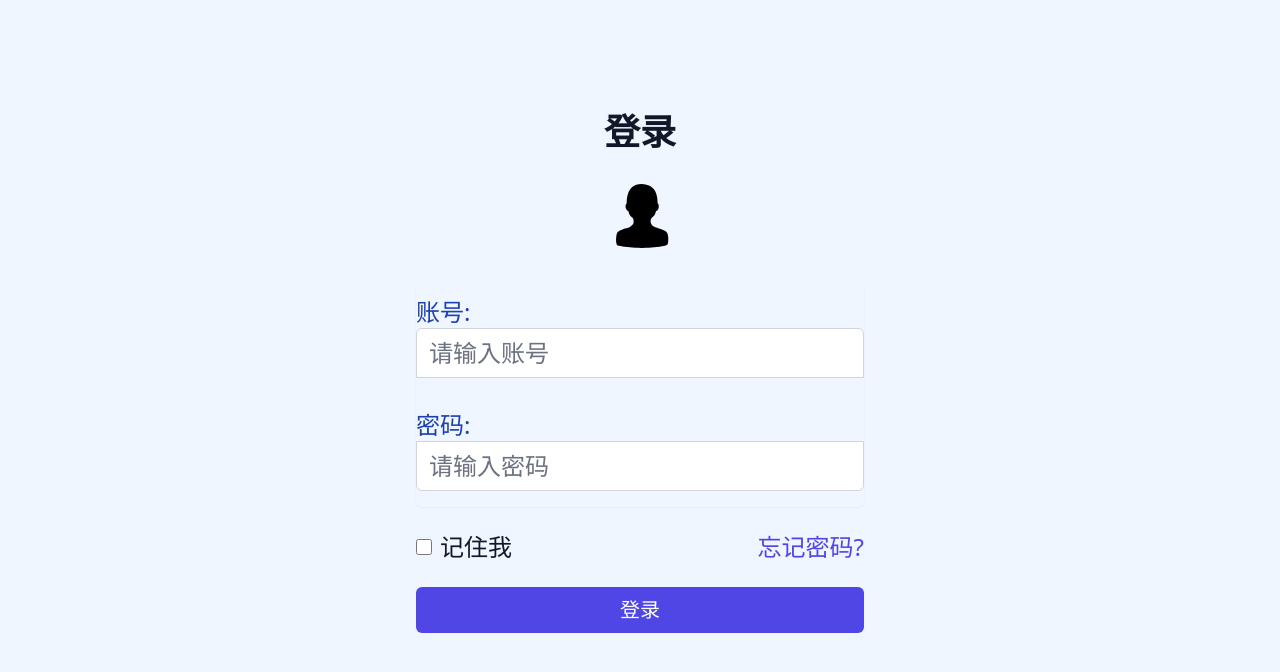
Repository: LiuRuohui/test_the_tailwindcss
Page: /
An editor plug-in stored every save of this project. The page is shown before and after the next save, followed by the edit.
The browser window is 1280 px wide. The pictures show the whole page.
The project was rebuilt for these pictures with package versions that can differ from the ones it lists, and the page was loaded fresh each time. Also part of the build but not shown: vite.config.js, src/components/WelcomingPage.vue, src/components/RegisterPage.vue, src/components/MainPage.vue, src/components/HelloWorld.vue.

Above is the page before, as saved 2022-03-08 10:11:28.

After the next save:
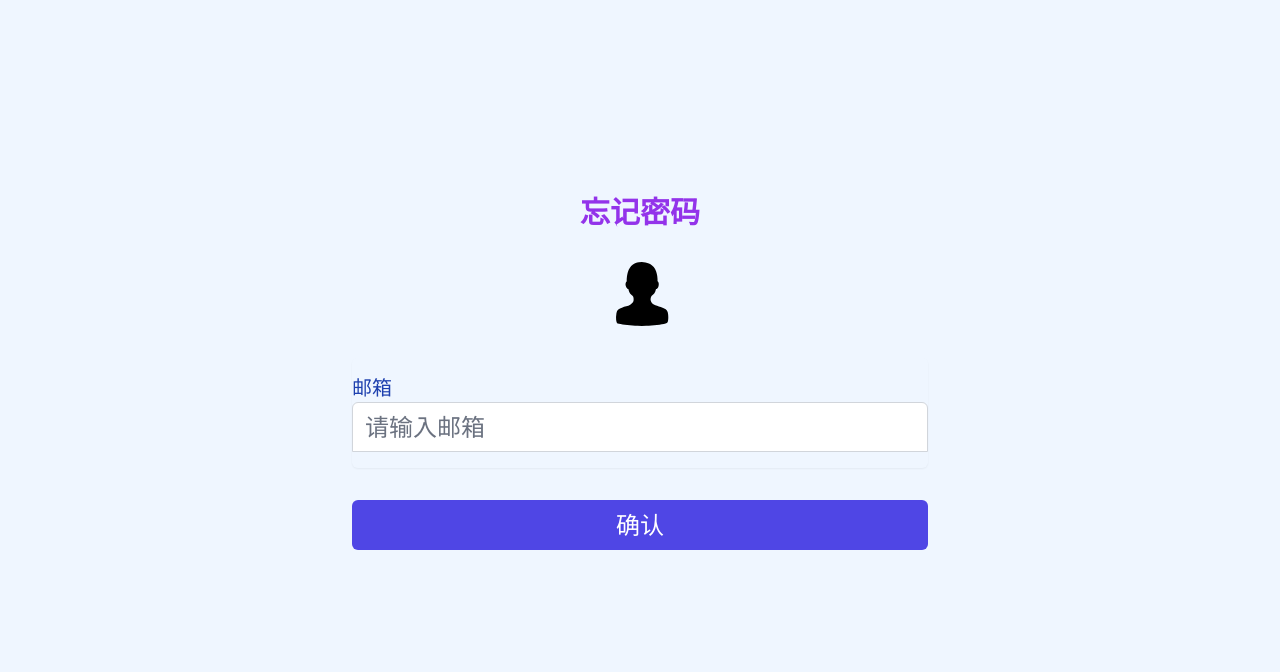
Saved 2 min 1 s later.
--- a/src/App.vue
+++ b/src/App.vue
@@ -9,9 +9,9 @@ import HelloWorld from "./components/HelloWorld.vue";
 
 <template>
 <!--<WelcomingPage class="bg-blue-50 page"></WelcomingPage>
-<RegisterPage class="bg-blue-50 page"></RegisterPage>  -->
-<LoginPage class="bg-blue-50 page"></LoginPage>
-
+<RegisterPage class="bg-blue-50 page"></RegisterPage>
+<LoginPage class="bg-blue-50 page"></LoginPage>  -->
+<ForgetPasswd class="bg-blue-50 page"></ForgetPasswd>
 
 </template>
 
